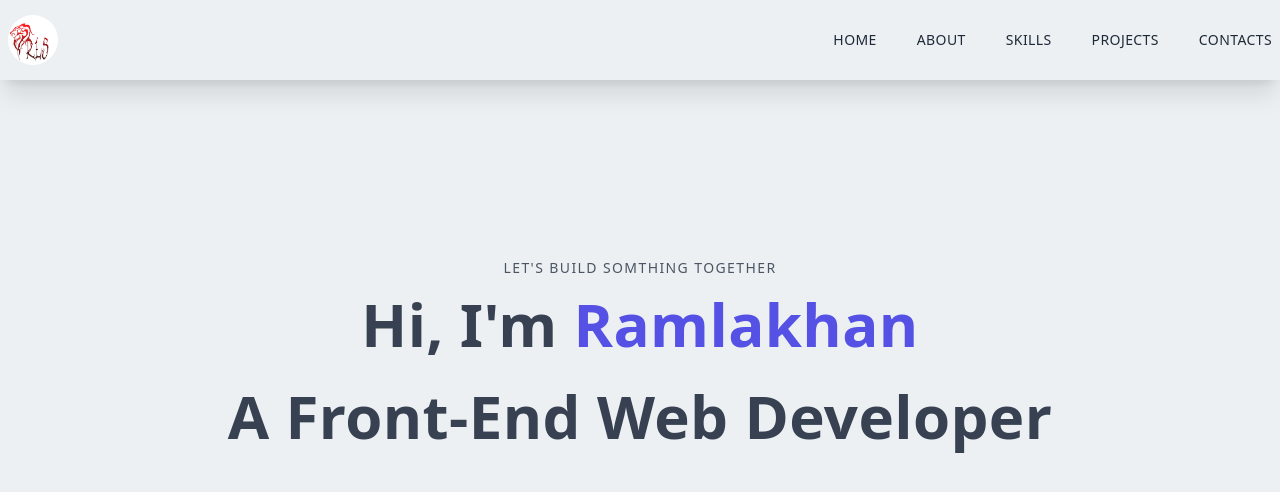
Repository: ram2642/portfolio-using-next-js
Page: /
An editor plug-in stored every save of this project. The page is shown before and after the next save, followed by the edit.
The browser window is 1280 px wide. The pictures show the whole page.
The project was rebuilt for these pictures with package versions that can differ from the ones it lists, and the page was loaded fresh each time. The framework's server and built-in components were replaced by stand-ins that run in the browser. Also part of the build but not shown: next.config.js.

Above is the page before, as saved 2022-09-04 01:52:39.

After the next save:
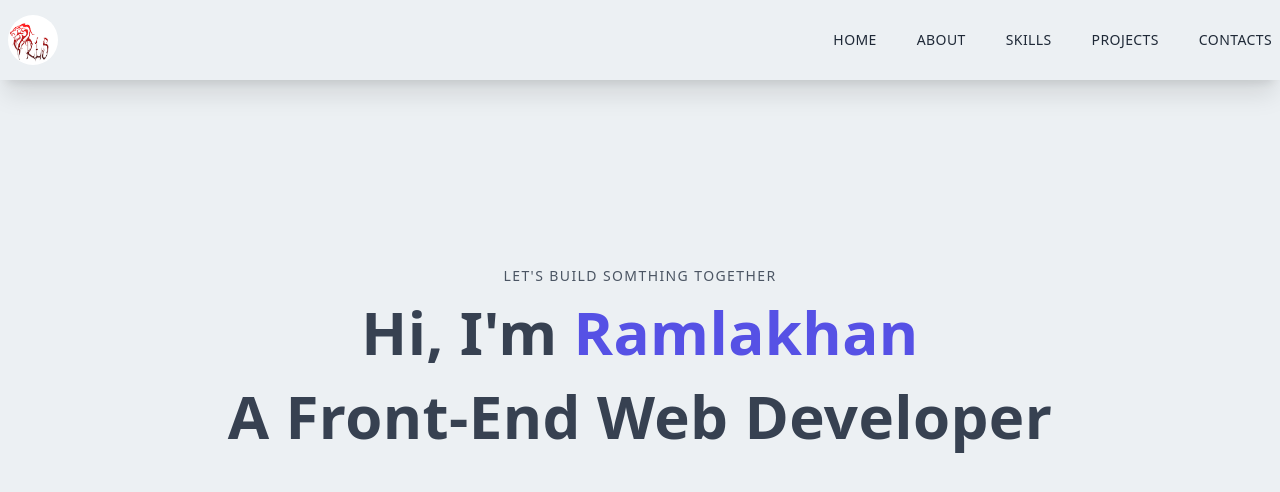
Saved 20 s later.
--- a/components/Main.jsx
+++ b/components/Main.jsx
@@ -9,7 +9,7 @@ const Main = () => {
       <h1 className='py-4 text-gray-700'>
         Hi, I'm <span className='text-[#5651e5]'> Ramlakhan</span>
       </h1>
-      <h1 className='py-4 text-gray-700'>
+      <h1 className='py-2 text-gray-700'>
         A Front-End Web Developer
       </h1>
     </div>
